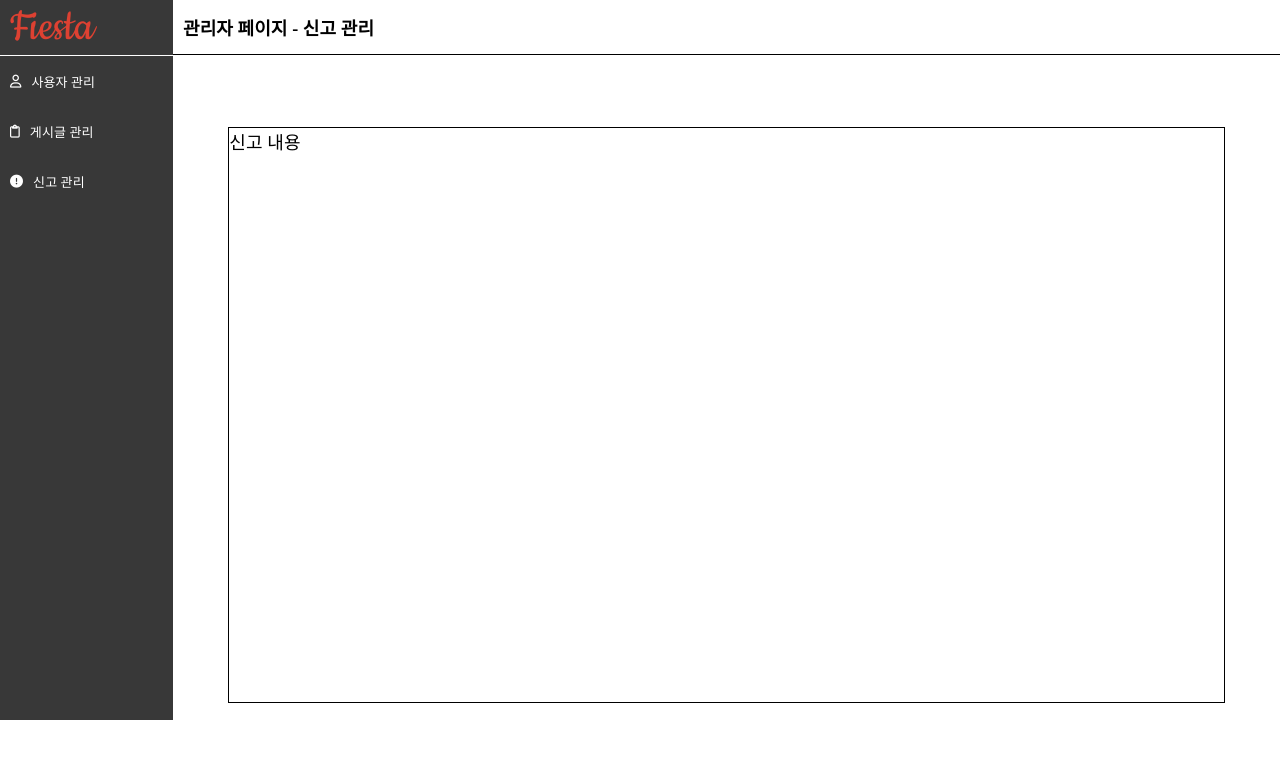
Repository: SNSFiestaTeam/Fiesta
Page: Fiesta/src/main/webapp/html/management/management-report.html
An editor plug-in stored every save of this project. The page is shown before and after the next save, followed by the edit.
The browser window is 1280 px wide. The pictures show the whole page.
Some web fonts or font styles are not loaded; a fallback is used. Some web libraries are served in a nearby version.

Above is the page before, as saved 2022-12-06 12:12:50.

After the next save:
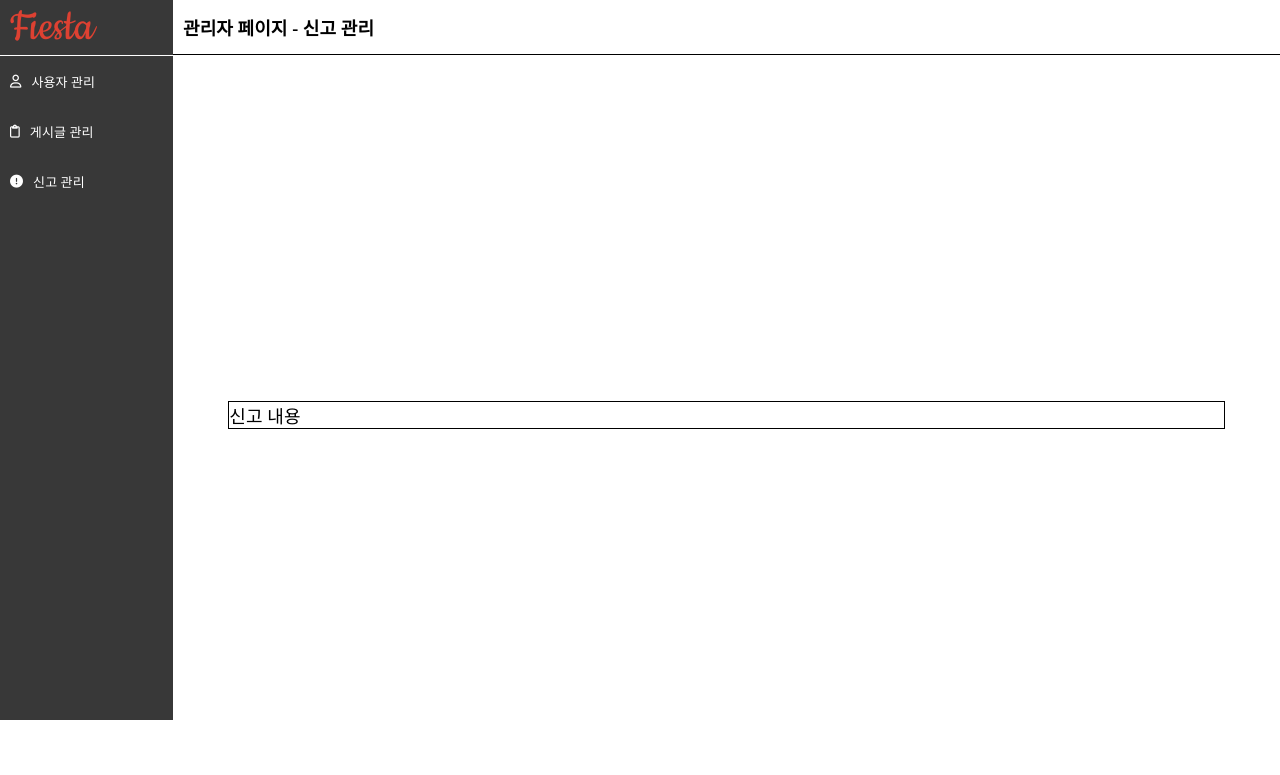
Saved 28 s later.
--- a/Fiesta/src/main/webapp/resources/css/management/management.css
+++ b/Fiesta/src/main/webapp/resources/css/management/management.css
@@ -96,6 +96,4 @@ body {
   border: 1px solid black;
 
   width: 90%;
-  height: 80vh;
-
 }
